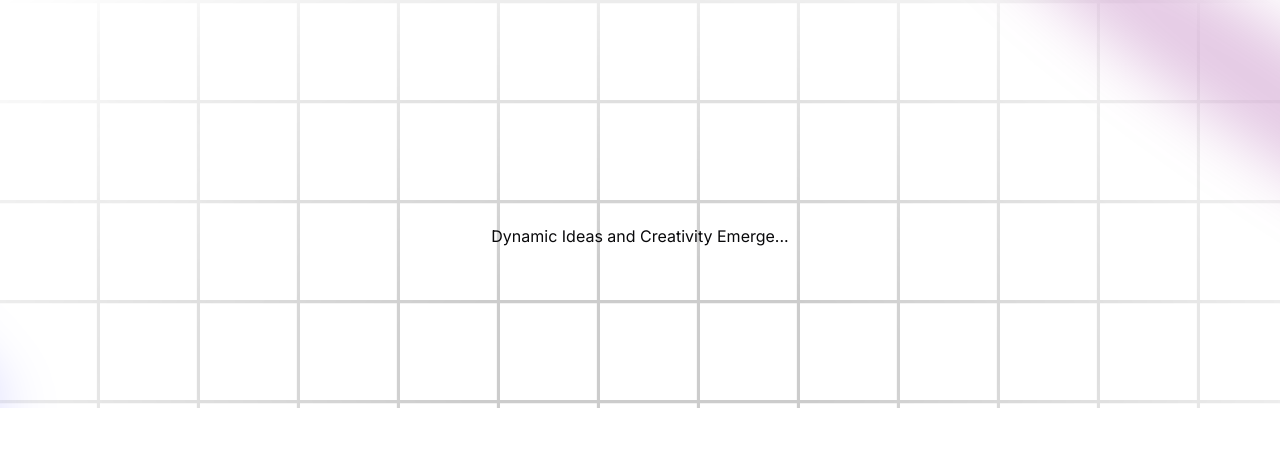
Repository: Carlito-Pedida/node1creative
Page: /
These files come from the project's save history. The page is drawn as it stood at one moment and after the next save; the edit follows.
The browser window is 1280 px wide. The pictures show the whole page.
The project was rebuilt for these pictures with package versions that can differ from the ones it lists, and the page was loaded fresh each time. The framework's server and built-in components were replaced by stand-ins that run in the browser. Also part of the build but not shown: next.config.mjs.

Above is the page before, as saved 2024-11-20 14:57:50.

After the next save:
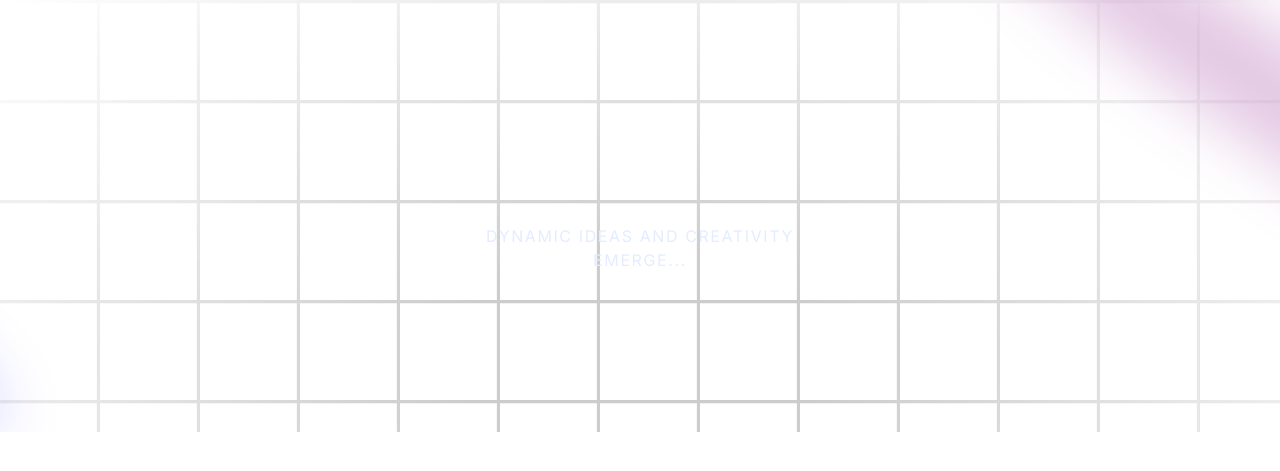
Saved 95 s later.
--- a/components/Hero.tsx
+++ b/components/Hero.tsx
@@ -22,7 +22,9 @@
 
       <div className="flex justify-center relative my-20 z-10">
         <div className="max-w-[89vw md:max-w-2xl lg:max-w-[60vw] flex flex-col items-center justify-center">
-          <h2>Dynamic Ideas and Creativity Emerge... </h2>
+          <h2 className="uppercase tracking-widest test-xs text-center text-blue-100 max-w-80">
+            Dynamic Ideas and Creativity Emerge...{" "}
+          </h2>
         </div>
       </div>
     </div>
